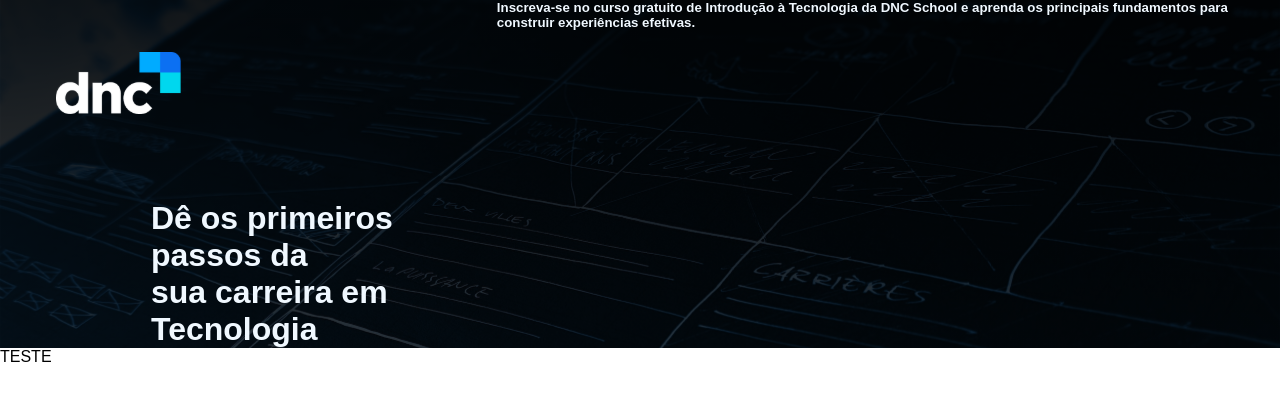
Repository: kleber-goncalves/Landing-Page-dnc
Page: src/index.html
The author's editor kept a copy of each file at every save. The page is drawn from the files as they stood at one save, then again after a run of saves.
The browser window is 1280 px wide. The pictures show the whole page.

Above is the page before, as saved 2024-12-09 19:45:21.

After the next 2 saves:
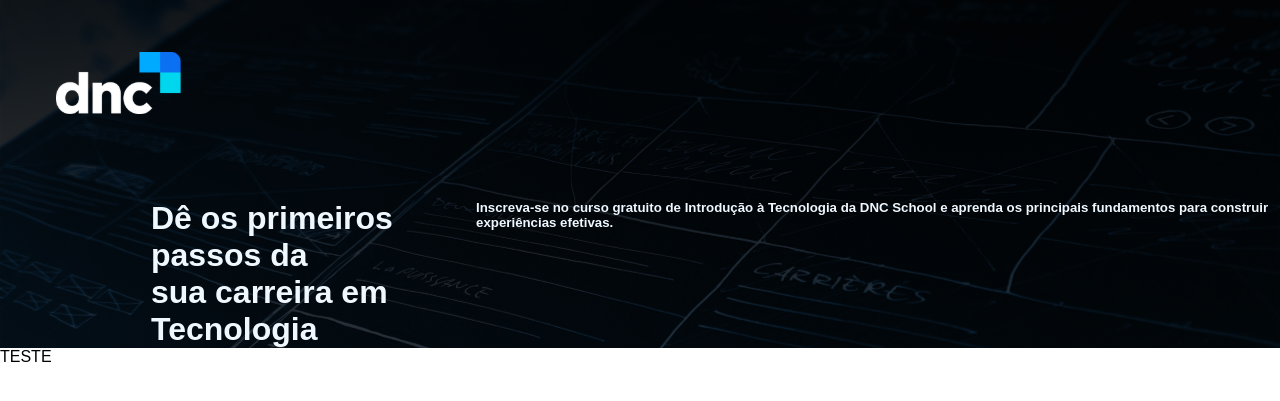
The 2 saves are shown as one change because they came seconds apart.
The last was saved 7 s later.
--- a/src/style.css
+++ b/src/style.css
@@ -27,4 +27,7 @@
   margin-top: 200px;
 }
 
-#subtitulo{}
+#subtitulo{display: flex;
+    margin-left: -30px;
+    margin-top: 200px;
+}
